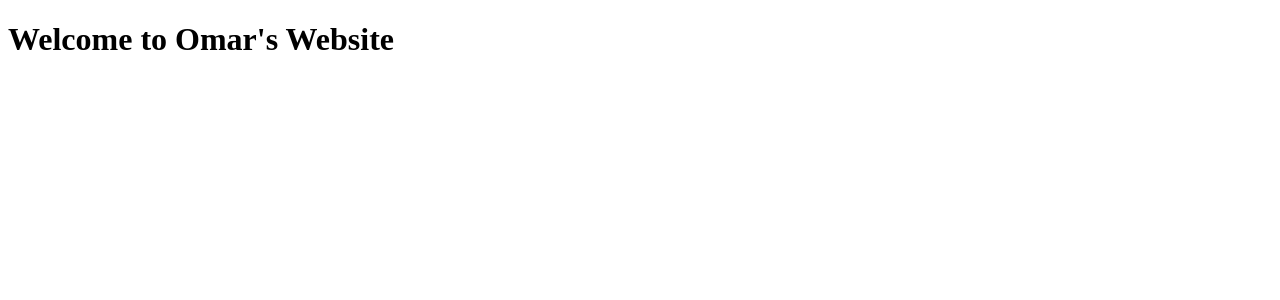
Repository: omarhasnain/web-portfolio
Page: index.html
An editor plug-in stored every save of this project. The page is shown before and after the next save, followed by the edit.
The browser window is 1280 px wide. The pictures show the whole page.

Above is the page before, as saved 2021-01-05 18:53:33.

### index.html
<!DOCTYPE html>
<html lang="en">
<head>
    <meta charset="UTF-8">
    <meta name="viewport" content="width=device-width, initial-scale=1.0">
    <title>Omar Hasnain Mahmud</title>
    <link rel="stylesheet" href="web portfolio style.css">
</head>
<body>
    <h1>Welcome to Omar's Website</h1>

</body>
</html>

Loaded but not shown: web portfolio style.css (no stored copy; drawn as an empty file)

After the next save:
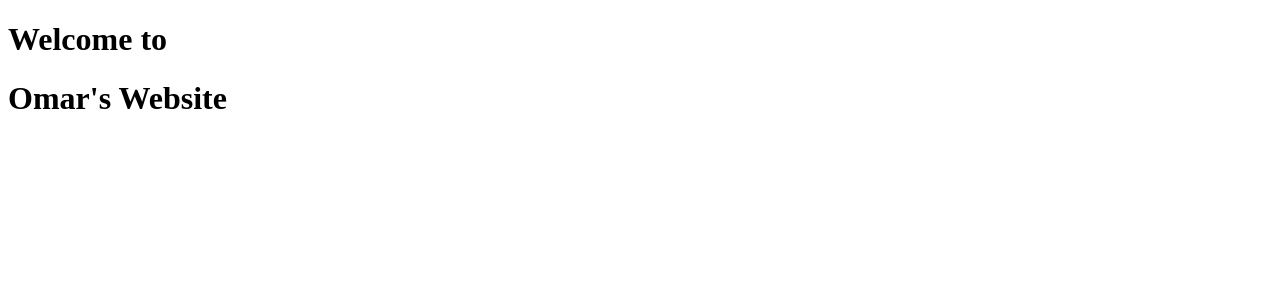
Saved 118 s later.
--- a/index.html
+++ b/index.html
@@ -3,11 +3,12 @@
 <head>
     <meta charset="UTF-8">
     <meta name="viewport" content="width=device-width, initial-scale=1.0">
-    <title>Omar Hasnain Mahmud</title>
+    <title>Web Developer Omar</title>
     <link rel="stylesheet" href="web portfolio style.css">
 </head>
 <body>
-    <h1>Welcome to Omar's Website</h1>
+    <h1>Welcome to </h1>
+    <h1>Omar's Website</h1>
 
 </body>
 </html>
